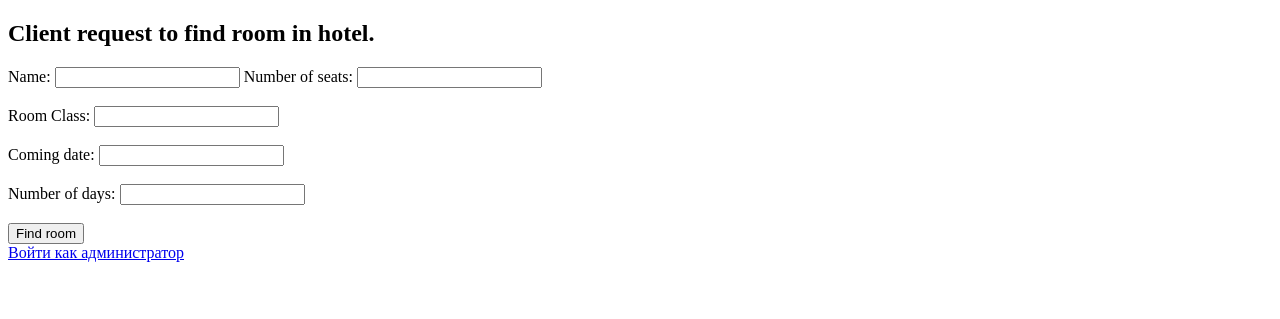
Repository: milosh-alexandr-by/ItAcademyJavaDeveloper
Page: http://localhost/HotelRequestSystem/ClientServlet.jsp
An editor plug-in stored every save of this project. The page is shown before and after the next save, followed by the edit.
The browser window is 1280 px wide. The pictures show the whole page.
The page is served by Tomcat 9. Other server files are loaded and not shown.

Above is the page before, as saved 2015-12-12 22:23:47.

### Project_WEB/HotelRequestSystem/WebContent/ClientServlet.jsp
<%@ page language="java" contentType="text/html; charset=UTF-8"
    pageEncoding="UTF-8"%>
<!DOCTYPE html PUBLIC "-//W3C//DTD HTML 4.01 Transitional//EN" "http://www.w3.org/TR/html4/loose.dtd">
<html>
<head>
<meta http-equiv="Content-Type" content="text/html; charset=UTF-8">
<title>Insert title here</title>
</head>
<body>

	<h2>Client request to find room in hotel.</h2>

	<form action="HotelRequestSystem" method="GET">
		Name: <input type="text" name="Name" />
		Number of seats: <input type="text" name="NumberOfSeats" /> <br/><br/>
		Room Class: <input type="text" name="RoomClass" /> <br/><br/>
		Coming date: <input type="text" name="ComingDate" /> <br/><br/>
		Number of days: <input type="text" name="NumberOfDays" /> <br/><br/>
		<input type="submit" name="findRoom" value="Find room">
	</form>


	<a href="WaitAnswer.jsp">Войти как администратор<a>


</body>
</html>

After the next save:
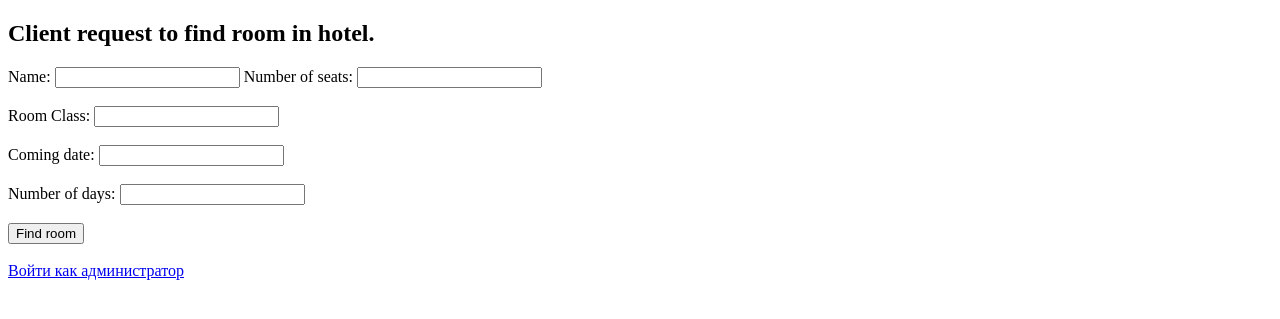
Saved 34 s later.
--- a/Project_WEB/HotelRequestSystem/WebContent/ClientServlet.jsp
+++ b/Project_WEB/HotelRequestSystem/WebContent/ClientServlet.jsp
@@ -16,7 +16,7 @@
 		Room Class: <input type="text" name="RoomClass" /> <br/><br/>
 		Coming date: <input type="text" name="ComingDate" /> <br/><br/>
 		Number of days: <input type="text" name="NumberOfDays" /> <br/><br/>
-		<input type="submit" name="findRoom" value="Find room">
+		<input type="submit" name="findRoom" value="Find room"> <br/><br/>
 	</form>
 
 
